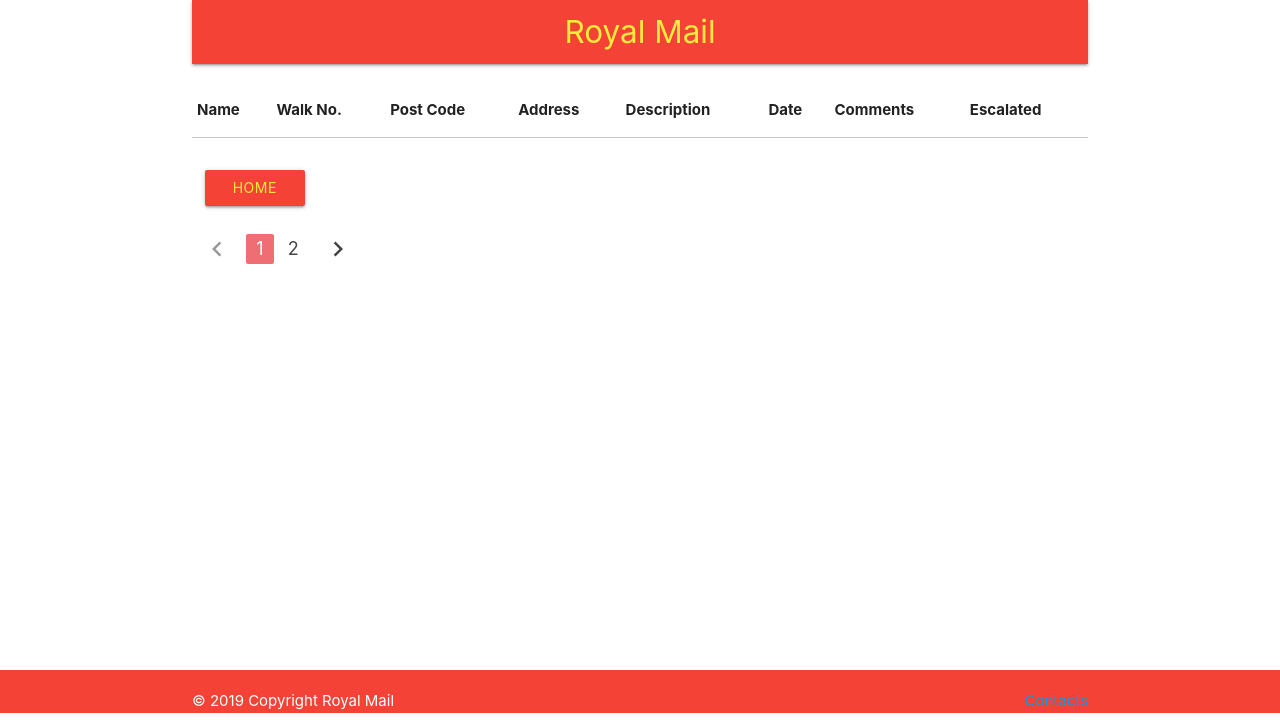
Repository: bandyp/Postal-Reminders
Page: http://localhost/see_route
The author's editor kept a record of every edit. The page is drawn from the files as they stood at one moment, then again after the next edit.
The browser window is 1280 px wide. The pictures show the whole page.
The page is served by the project's application, run on Flask 3 (app.py). Queries for data that is not in the repository find no rows.

Above is the page before.

After the next edit:
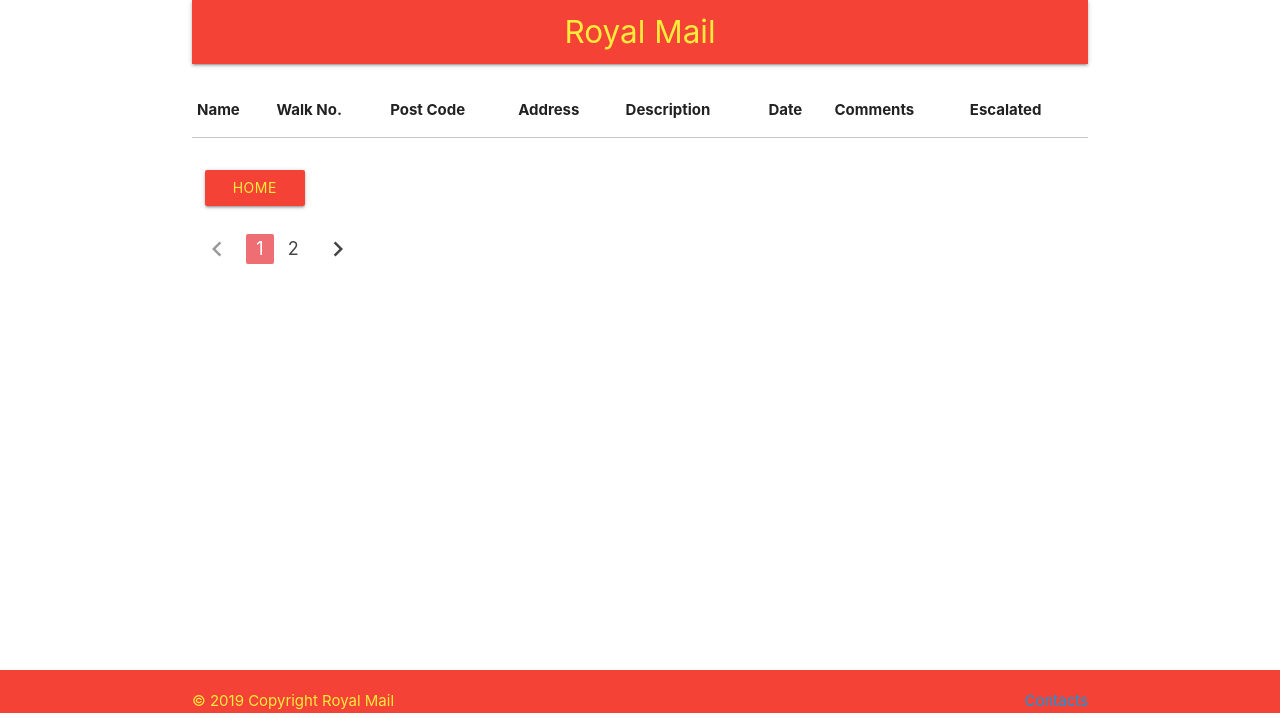
The edit:
--- a/templates/base.html
+++ b/templates/base.html
@@ -31,7 +31,7 @@
   <div class="container">
     {% block content %} {% endblock %}
   </div>
-  <footer id="expand" class="page-footer red">
+  <footer id="expand" class="page-footer red yellow-text">
 
     <div class="container">
       © 2019 Copyright Royal Mail
